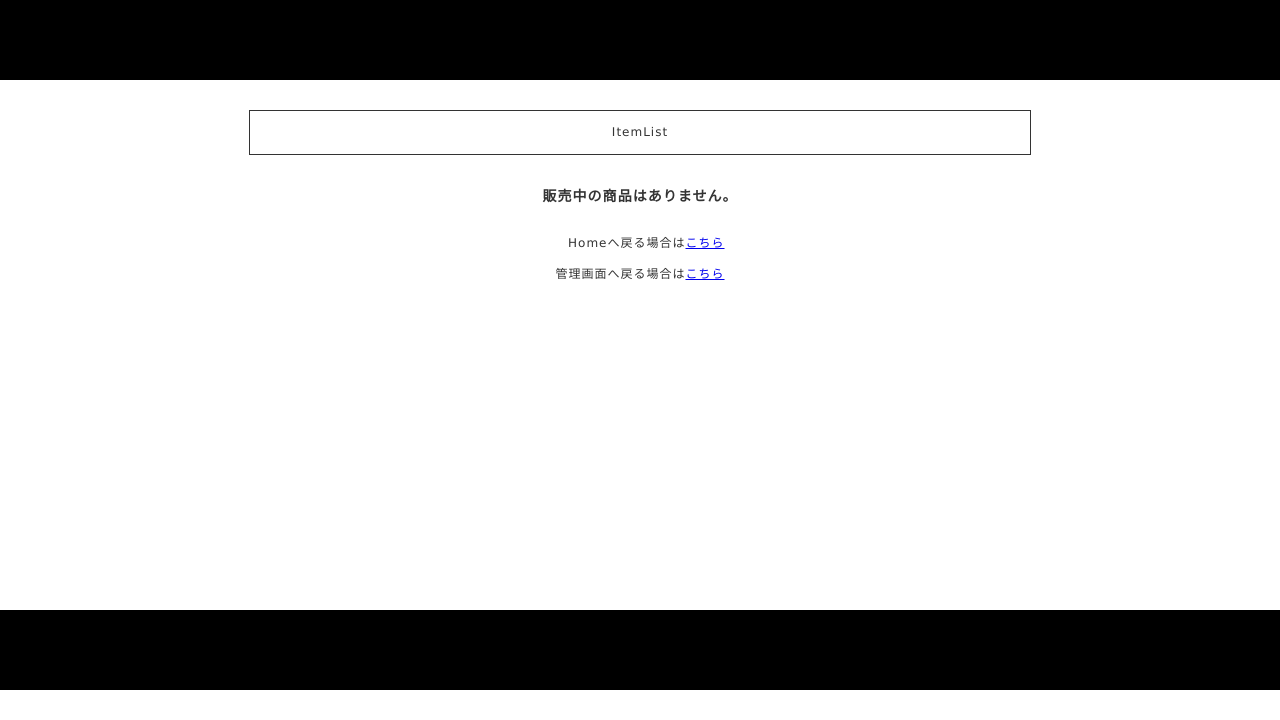
Repository: xiezom/test
Page: http://localhost/ecsite/ItemListAction.action
An editor plug-in stored every save of this project. The page is shown before and after the next save, followed by the edit.
The browser window is 1280 px wide. The pictures show the whole page.
The page is served by Tomcat 9. Other server files are loaded and not shown. Queries for data that is not in the repository find no rows.

Above is the page before, as saved 2019-03-15 04:13:54.

### ecsite/WebContent/itemList.jsp
<%@ page language="java" contentType="text/html; charset=UTF-8"
    pageEncoding="UTF-8"%>
<%@ taglib prefix="s" uri="/struts-tags"%>
<!DOCTYPE html>
<html>
<head>

	<meta http-equiv="Content-Type" content="text/html; charset=utf8"/>
	<meta http-equiv="Content-Style-Type" content="text/css"/>
	<meta http-equiv="Content-Script-Type" content="text/javascript"/>
	<meta http-equiv="imagetoolbar" content="no">
	<meta name="description" content=""/>
	<meta name="keywords" content=""/>

	<title>ItemList画面</title>

	<style type="text/css">

		body {
			margin: 0;
			padding: 0;
			line-height: 1.6;
			letter-spacing: 1px;
			font-family: Verdana,Helvetica,sans-serif;
			font-size: 12px;
			color: #333;
			background: #fff;
		}

		table {
			text-align: center;
			margin:0 auto;
		}

		.top {
			width: 780px;
			margin: 30px auto;
			border: 1px solid #333;
		}

		.header {
			width: 100%;
			height: 80px;
			background-color: black;
		}

		.main {
			width: 100%;
			height: 500px;
			text-align: center;
		}

		.footer {
			width:100%;
			height: 80px;
			background-color: black;
			clear: both;
		}

		.text-right {
			display: inline-block;
			text-align: right;
		}

	</style>

</head>
<body>
	<div class="header">
		<div id="pr"></div>
	</div>
	<div class="main">
		<div class="top">
			<p>ItemList</p>
		</div>
				<div>
				<s:if test="itemListDTOList == null">
				<h3>販売中の商品はありません。</h3>
			</s:if>
			<s:elseif test="message == null">
				<h3>販売中の商品は以下になります。</h3>
				<table border="1">
				<tr>
					<th>ID</th>
					<th>商品名</th>
					<th>値段</th>
					<th>在庫</th>
					<th>登録日</th>

				</tr>
				<s:iterator value="itemListDTOList">
					<tr>
						<td><s:property value="id"/></td>
					  	<td><s:property value="itemName"/></td>
					  	<td><s:property value="itemPrice"/><span>円</span></td>
					  	<td><s:property value="itemCount"/><span>個</span></td>
					  	<td><s:property value="insert_date"/></td>
					</tr>
				</s:iterator>
			</table>
			</s:elseif>
			<div class="text-right">
				<p>Homeへ戻る場合は<a href='<s:url action="GoHomeAction"/>'>こちら</a></p>
				<p>管理画面へ戻る場合は<a href='<s:url action="AdminAction"/>'>こちら</a></p>
			</div>
		</div>
	</div>
	<div class="footer">
		<div class="pr"></div>
	</div>
</body>
</html>

### ecsite/src/com/internousdev/ecsite/dto/ItemListDTO.java
package com.internousdev.ecsite.dto;

public class ItemListDTO {
	private String id;
	private String itemName;
	private String itemPrice;
	private String itemStock;
	private String insert_date;

	public String getId() {
		return id;
	}

	public void setId(String id) {
		this.id = id;
	}

	public String getItemName() {
		return itemName;
	}

	public void setItemName(String itemName) {
		this.itemName = itemName;
	}

	public String getItemPrice() {
		return itemPrice;
	}

	public void setItemPrice(String itemPrice) {
		this.itemPrice = itemPrice;
	}

	public String getItemStock() {
		return itemStock;
	}

	public void setItemStock(String itemStock) {
		this.itemStock = itemStock;
	}

	public String getInsert_date() {
		return insert_date;
	}

	public void setInsert_date(String insert_date) {
		this.insert_date = insert_date;
	}
}

### ecsite/src/com/internousdev/ecsite/dao/ItemListDAO.java
package com.internousdev.ecsite.dao;

import java.sql.Connection;
import java.sql.PreparedStatement;
import java.sql.ResultSet;
import java.sql.SQLException;
import java.util.ArrayList;
import java.util.List;

import com.internousdev.ecsite.dto.ItemListDTO;
import com.internousdev.ecsite.util.DBConnector;


public class ItemListDAO {

public List<ItemListDTO> getItemList() throws SQLException {
		DBConnector db = new DBConnector();
		Connection con = db.getConnection();
		List<ItemListDTO> itemListDTOList = new ArrayList<ItemListDTO>();

		String sql = "select * from item_info_transaction";

		try {
			PreparedStatement ps = con.prepareStatement(sql);

			ResultSet rs = ps.executeQuery();

			while(rs.next()) {
				ItemListDTO dto = new ItemListDTO();
				dto.setId(rs.getString("id"));
				dto.setItemName(rs.getString("item_name"));
				dto.setItemPrice(rs.getString("item_price"));
				dto.setItemStock(rs.getString("item_stock"));
				dto.setInsert_date(rs.getString("insert_date"));
				itemListDTOList.add(dto);
			}

		} catch (Exception e) {
			e.printStackTrace();
		} finally {
			con.close();
		}
		return itemListDTOList;

	}

public ItemListDTO getItemList(String id) {
	DBConnector dbConnector = new DBConnector();
	Connection connection = dbConnector.getConnection();
	ItemListDTO productInfoDTO = new ItemListDTO();
	String sql = "select * from item_info_transaction where id=?";
	try {
		PreparedStatement preparedStatement = connection.prepareStatement(sql);
		preparedStatement.setString(1, id);
		ResultSet resultSet = preparedStatement.executeQuery();
		while (resultSet.next()) {
			productInfoDTO.setId(resultSet.getString("id"));
			productInfoDTO.setItemName(resultSet.getString("item_name"));
			productInfoDTO.setItemPrice(resultSet.getString("item_price"));
		}
	} catch (SQLException e) {
		e.printStackTrace();
	}finally {
		try {
			connection.close();
		} catch (SQLException e) {
			e.printStackTrace();
		}
	}
	return productInfoDTO;
}

}

### ecsite/src/com/internousdev/ecsite/util/DBConnector.java
package com.internousdev.ecsite.util;

import java.sql.Connection;
import java.sql.DriverManager;
import java.sql.SQLException;

public class DBConnector {

	private static String driverName = "com.mysql.jdbc.Driver";
	private static String url ="jdbc:mysql://localhost/ecsite";
	private static String user = "root";
	private static String password = "mysql";

	public Connection getConnection() {
		Connection con = null;

		try {
			Class.forName(driverName);
			con = (Connection) DriverManager.getConnection(url, user, password);

		} catch (ClassNotFoundException e) {
			e.printStackTrace();

		} catch (SQLException e) {
			e.printStackTrace();
		}
		return con;
	}

}

After the next save:
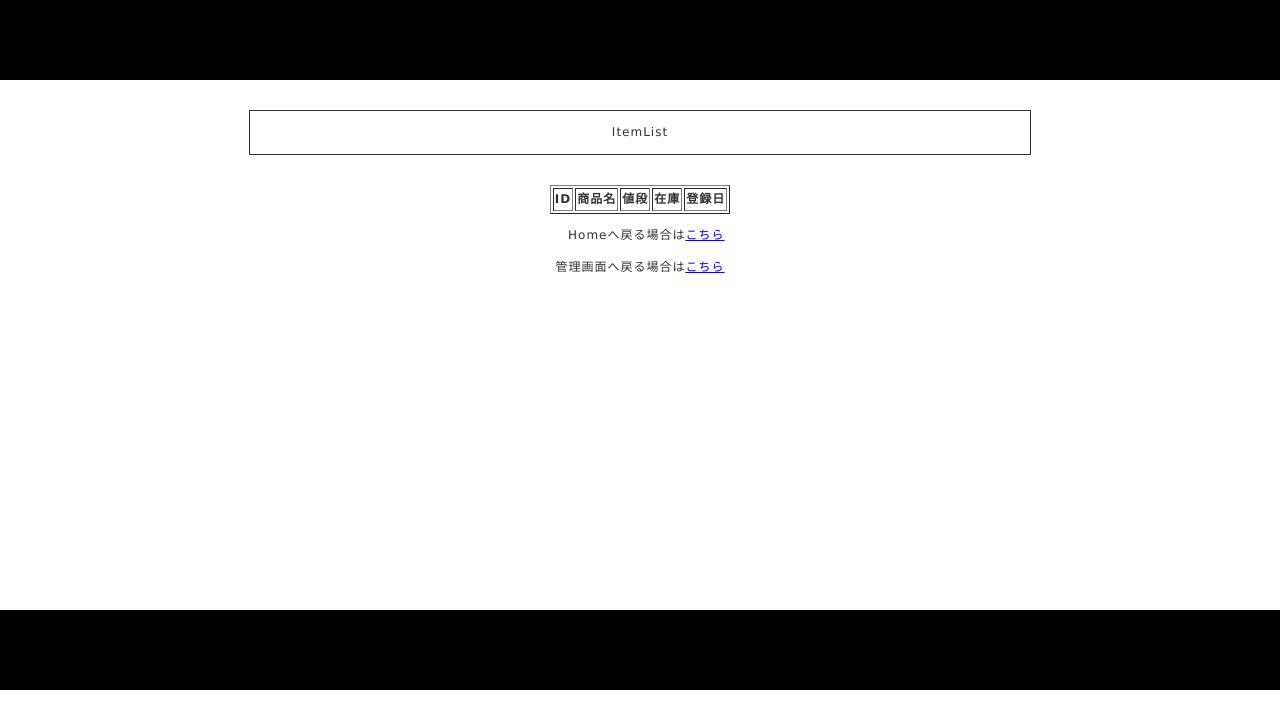
Saved 15 min 21 s later.
--- a/ecsite/WebContent/itemList.jsp
+++ b/ecsite/WebContent/itemList.jsp
@@ -74,11 +74,6 @@
 			<p>ItemList</p>
 		</div>
 				<div>
-				<s:if test="itemListDTOList == null">
-				<h3>販売中の商品はありません。</h3>
-			</s:if>
-			<s:elseif test="message == null">
-				<h3>販売中の商品は以下になります。</h3>
 				<table border="1">
 				<tr>
 					<th>ID</th>
@@ -98,7 +93,7 @@
 					</tr>
 				</s:iterator>
 			</table>
-			</s:elseif>
+
 			<div class="text-right">
 				<p>Homeへ戻る場合は<a href='<s:url action="GoHomeAction"/>'>こちら</a></p>
 				<p>管理画面へ戻る場合は<a href='<s:url action="AdminAction"/>'>こちら</a></p>

After the save that followed:
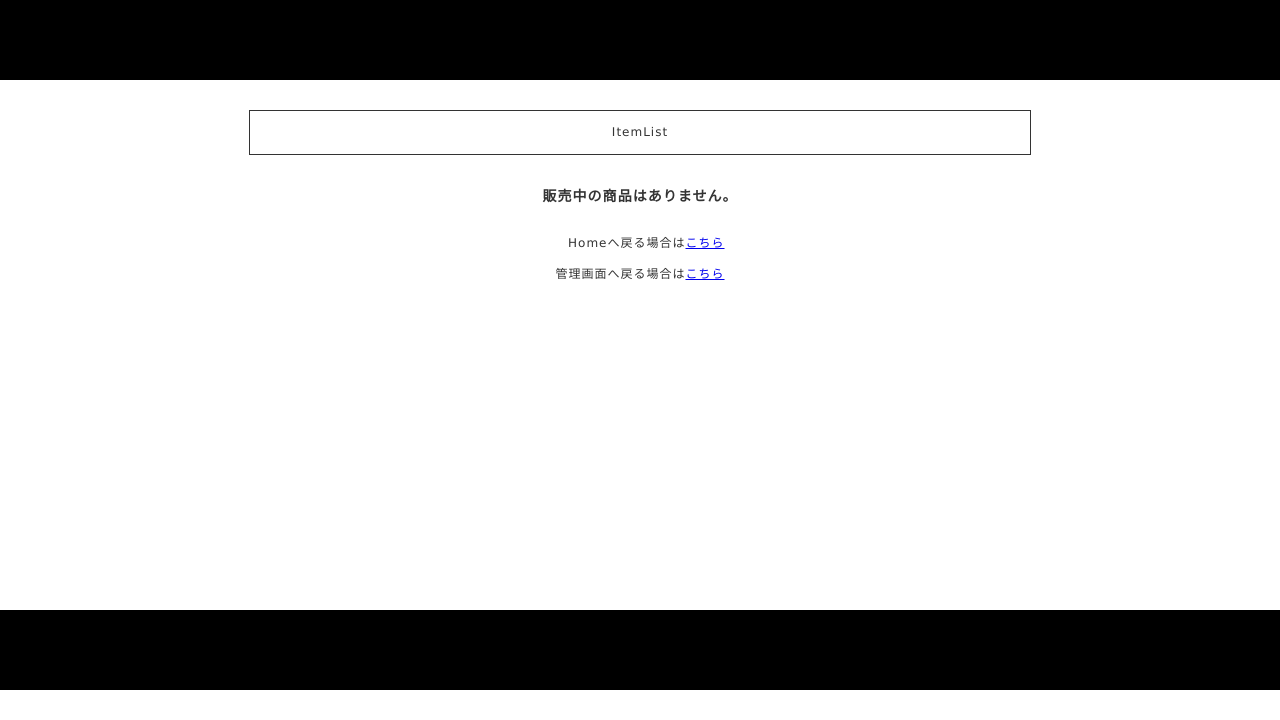
Saved 9 min 50 s later.
--- a/ecsite/WebContent/itemList.jsp
+++ b/ecsite/WebContent/itemList.jsp
@@ -74,6 +74,11 @@
 			<p>ItemList</p>
 		</div>
 				<div>
+				<s:if test="itemListDTOList == null">
+				<h3>販売中の商品はありません。</h3>
+			</s:if>
+			<s:elseif test="message == null">
+				<h3>販売中の商品は以下になります。</h3>
 				<table border="1">
 				<tr>
 					<th>ID</th>
@@ -93,7 +98,7 @@
 					</tr>
 				</s:iterator>
 			</table>
-
+			</s:elseif>
 			<div class="text-right">
 				<p>Homeへ戻る場合は<a href='<s:url action="GoHomeAction"/>'>こちら</a></p>
 				<p>管理画面へ戻る場合は<a href='<s:url action="AdminAction"/>'>こちら</a></p>
